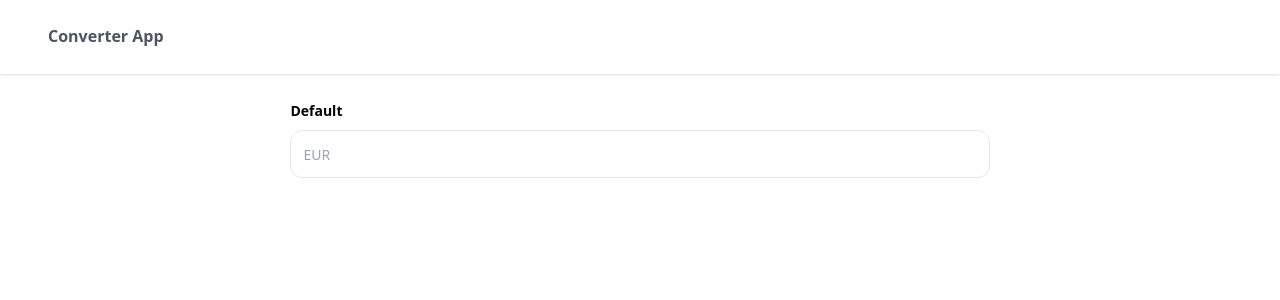
Repository: mikelCabezas/angular-exercices
Page: / (app in converter/)
These files come from the project's save history. The page is drawn as it stood at one moment and after the next save; the edit follows.
The browser window is 1280 px wide. The pictures show the whole page.
The project was rebuilt for these pictures with package versions that can differ from the ones it lists, and the page was loaded fresh each time. Also part of the build but not shown: converter/angular.json.

Above is the page before, as saved 2023-09-15 18:03:21.

### converter/src/app/app.module.ts
import { NgModule } from '@angular/core';
import { BrowserModule } from '@angular/platform-browser';

import { AppComponent } from './app.component';
import { NavbarComponent } from './components/navbar/navbar.component';
import { ConverterComponent } from './components/converter/converter.component';

@NgModule({
  declarations: [
    AppComponent,
    NavbarComponent,
    ConverterComponent
  ],
  imports: [
    BrowserModule
  ],
  providers: [],
  bootstrap: [AppComponent]
})
export class AppModule { }

### converter/src/app/app.component.ts
import { Component } from '@angular/core';

@Component({
  selector: 'app-root',
  templateUrl: './app.component.html',
  styleUrls: ['./app.component.css']
})
export class AppComponent {
  title = 'converter';
}

### converter/src/app/components/converter/converter.component.ts
import { Component } from '@angular/core';

@Component({
  selector: 'app-converter',
  templateUrl: './converter.component.html',
  styleUrls: ['./converter.component.css']
})
export class ConverterComponent {

}

### converter/src/app/app.component.html
<app-navbar/>
<app-converter/>

### converter/src/app/components/navbar/navbar.component.html
<nav class="bg-white shadow dark:bg-gray-800">
    <div class="container flex items-center  p-6 mx-auto text-gray-600 capitalize dark:text-gray-300">
        <a href="#" class="border-b-2 border-transparent hover:text-gray-800 dark:hover:text-gray-200 hover:border-blue-500 mx-1.5 sm:mx-6 font-bold">
            Converter App
        </a>
    </div>
</nav>

### converter/src/app/components/converter/converter.component.html
<div class="container mx-auto p-6 flex justify-center">
    <div class="row w-3/5">
        <div class="col px-5">
            <div class="mb-3">
                <label for="email" class="text-sm text-navy-700 dark:text-white font-bold">Default</label>
                <input
                    type="text"
                    id="email"
                    placeholder="EUR"
                    class="mt-2 flex h-12 w-full items-center justify-center rounded-xl border bg-white/0 p-3 text-sm outline-none border-gray-200"
                >
            </div>
        </div>
        <div class="col"></div>
        <div class="col"></div>
    </div>
</div>

Loaded but not shown: converter/src/index.html (common file); converter/src/styles.css (common file); converter/src/main.ts (common file); converter/src/app/components/navbar/navbar.component.ts (common file); converter/tailwind.config.js (common file); converter/src/app/app.component.css (no stored copy; drawn as an empty file); converter/src/app/components/navbar/navbar.component.css (no stored copy; drawn as an empty file); converter/src/app/components/converter/converter.component.css (no stored copy; drawn as an empty file)

After the next save:
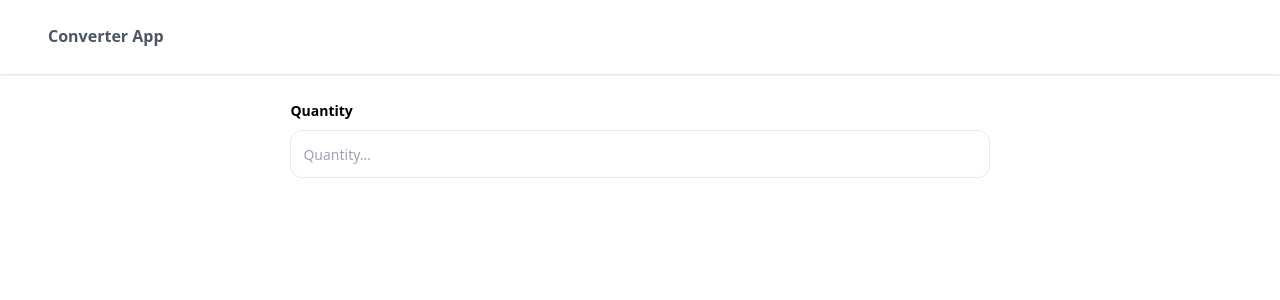
Saved 53 s later.
--- a/converter/src/app/components/converter/converter.component.html
+++ b/converter/src/app/components/converter/converter.component.html
@@ -2,13 +2,8 @@
     <div class="row w-3/5">
         <div class="col px-5">
             <div class="mb-3">
-                <label for="email" class="text-sm text-navy-700 dark:text-white font-bold">Default</label>
-                <input
-                    type="text"
-                    id="email"
-                    placeholder="EUR"
-                    class="mt-2 flex h-12 w-full items-center justify-center rounded-xl border bg-white/0 p-3 text-sm outline-none border-gray-200"
-                >
+                <label for="email" class="text-sm text-navy-700 dark:text-white font-bold">Quantity</label>
+                <input type="number" placeholder="Quantity..." class="mt-2 flex h-12 w-full items-center justify-center rounded-xl border bg-white/0 p-3 text-sm outline-none border-gray-200">
             </div>
         </div>
         <div class="col"></div>
